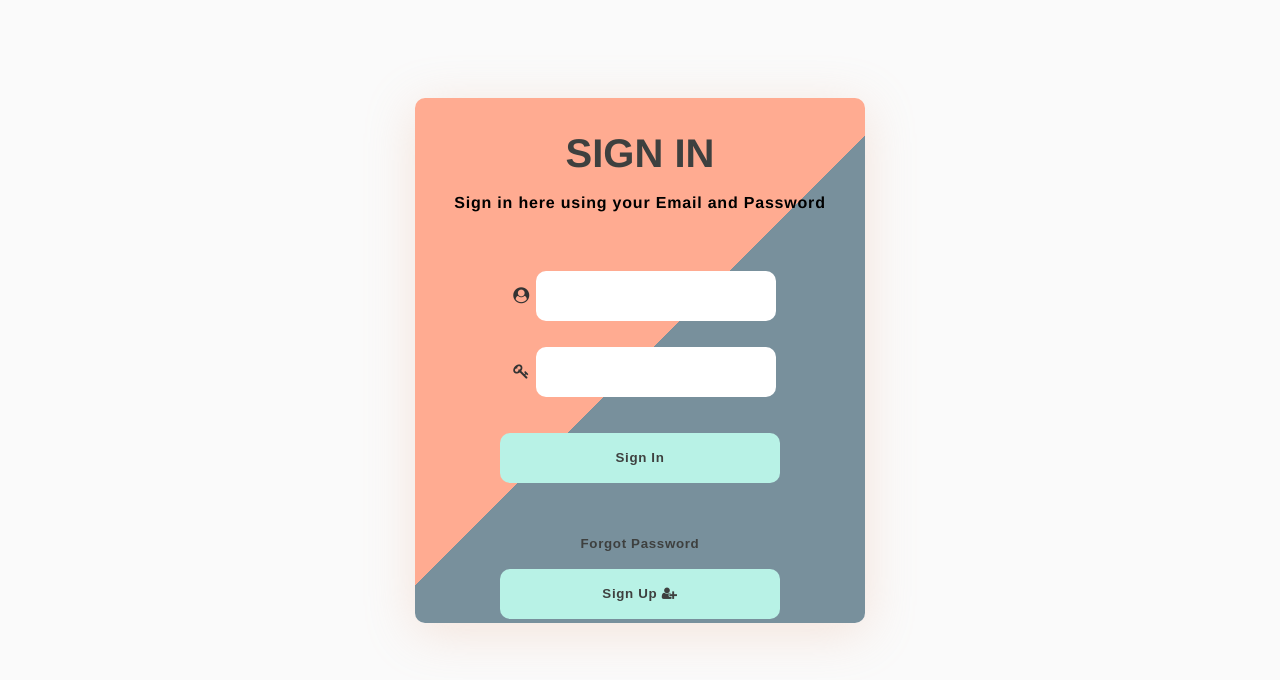
Repository: DhanushPrabha22/Zoho-Mini-Project
Page: http://localhost/ToDo_List/
These files come from the project's save history. The page is drawn as it stood at one moment and after the next save; the edit follows.
The browser window is 1280 px wide. The pictures show the whole page.
Some web libraries are served in a nearby version. The page is served by Tomcat 9.

Above is the page before, as saved 2021-03-17 06:08:59.

After the next save:
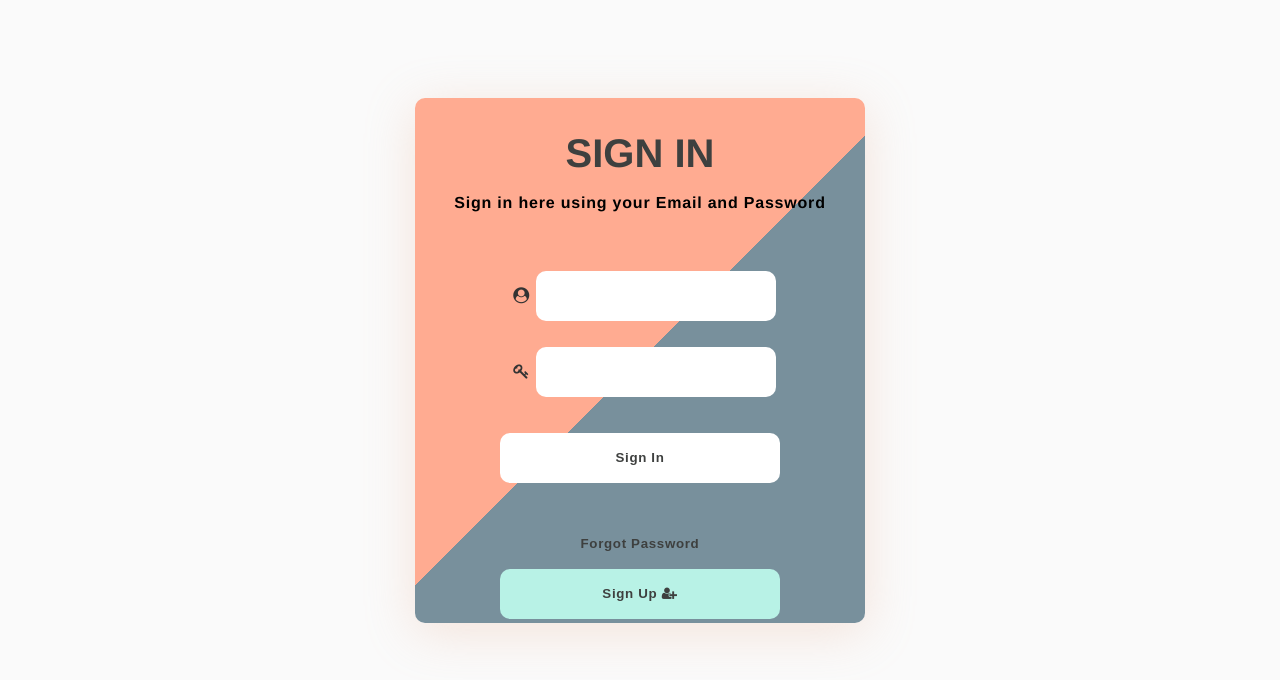
Saved 24 s later.
--- a/Todo Eclipse/ToDo_List/WebContent/sign_in.jsp
+++ b/Todo Eclipse/ToDo_List/WebContent/sign_in.jsp
@@ -42,7 +42,7 @@ Created By Dhanush L
 					<span class="input-item"><i class="fa fa-key"></i></span>
 					<html:password styleClass="form-input" property="password"/>
 					<br><br><br>
-					<html:submit styleClass="sign-up button" value="Sign In"/>
+					<html:submit styleClass="log-in button" value="Sign In"/>
 				</html:form>
 				<br><br>
 				<!--   other buttons -->
